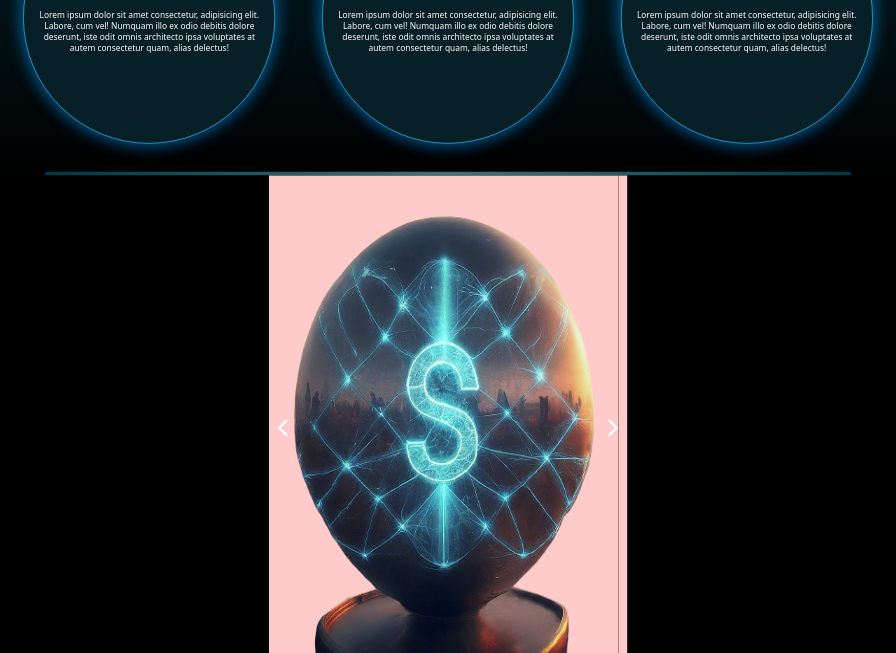
Repository: TMuse333/q3-desings2
Page: /
An editor plug-in stored every save of this project. The page is shown before and after the next save, followed by the edit.
The browser window is 1280 px wide. The pictures show the part of the page from y = 2216 to 4136 px (the page is 3149 px tall before and 4149 px after), at 70% of full size.
The project was rebuilt for these pictures with package versions that can differ from the ones it lists, and the page was loaded fresh each time. Also part of the build but not shown: vite.config.ts.

Above is the page before, as saved 2024-05-11 13:54:12.

### src/main.tsx
import React from 'react'
import ReactDOM from 'react-dom/client'
import App from './App.js'
import './index.css'
import {ContextProvider} from './context/context'

ReactDOM.createRoot(document.getElementById('root')!).render(
  <ContextProvider>
  <React.StrictMode>
    <App />
  </React.StrictMode>
  </ContextProvider>,
)

### src/App.tsx


import './App.css'

import Homepage from './components/homepage/homepage'

function App() {


  return (
    <>
<Homepage/>
    </>
  )
}

export default App

### src/index.css
@tailwind base;
@tailwind components;
@tailwind utilities;

#root{
    background-color: black;
    height:100vh;
}

body{
    background-color: black;
}

button{
    padding:0.5rem 2rem;
    background-color: black;
    color:white;
    border-radius: 1rem;
}

h1{
    color:white;
    font-size: 2rem;
}

p{
    color:white;
    /* font-size: 1.5rem; */
}

button{
    background-color: #00769e;
}

.glow {
    box-shadow: 0 0 20px 5px #3e7384;
    box-shadow: 0 0 20px 5px #003647;
box-shadow: 0 0 20px 5px rgba(2, 148, 245, 0.5);
}

.glow:hover{
    box-shadow: 0 0 40px 5px rgba(2, 148, 245, 0.5);
}

### src/context/context.tsx
import React, { createContext, useState, useContext, ReactNode, useEffect } from 'react';

// Define the type for the context value
interface GeneralContextType {
  textYPosition: number;
  setTextYPosition: React.Dispatch<React.SetStateAction<number>>;
  isMobile: boolean;
  setIsMobile: React.Dispatch<React.SetStateAction<boolean>>;
  setSecondCircleComplete:React.Dispatch<React.SetStateAction<boolean[]>>;
  secondCircleComplete: boolean[];
  isMobile2: boolean;
  setIsMobile2: React.Dispatch<React.SetStateAction<boolean>>;
  handleCircleComplete: (index: number, value: boolean) => void;
}

// Create the context
export const GeneralContext = createContext<GeneralContextType | undefined>(undefined);

// Create a provider component
export const ContextProvider: React.FC<{ children: ReactNode }> = ({ children }) => {
  // Initialize the value state
  const [textYPosition, setTextYPosition] = useState<number>(0);

  // Detect mobile devices
  const [isMobile, setIsMobile] = useState<boolean>(window.innerWidth <= 655);

  const [isMobile2, setIsMobile2] = useState<boolean>(window.innerWidth <= 655);

  const [secondCircleComplete, setSecondCircleComplete] = useState<boolean[]>(
    Array.from({ length: 7 }, () => false)
  );

  const handleCircleComplete = (index: number, value: boolean) => {
    setSecondCircleComplete((prev) => {
      const newState = [...prev]; // Create a copy of the previous state array
      newState[index] = value; // Update the value at the specified index
      return newState; // Return the new state array
    });
  };



  useEffect(() => {
    const handleScroll = () => {
      setIsMobile(window.innerWidth <= 655);
    };
    window.addEventListener('scroll', handleScroll);
    handleScroll();

    return () => {
      window.removeEventListener('scroll', handleScroll);
    };
  }, []);

  useEffect(() => {
    const handleScroll = () => {
      setIsMobile2(window.innerWidth <= 400);
    };
    window.addEventListener('scroll', handleScroll);
    handleScroll();

    return () => {
      window.removeEventListener('scroll', handleScroll);
    };
  }, []);

  useEffect(() => {
    console.log('is mobile', isMobile);
  }, [isMobile]);

  const contextValue = {
    textYPosition,
    setTextYPosition,
    isMobile,
    setIsMobile,
    secondCircleComplete,
    setSecondCircleComplete,
    isMobile2,
    setIsMobile2,
    handleCircleComplete
  };

  return <GeneralContext.Provider value={contextValue}>{children}</GeneralContext.Provider>;
};

export const useGeneralContext = (): GeneralContextType => {
  const context = useContext(GeneralContext);
  if (!context) {
    throw new Error('useGeneralContext must be used within a ContextProvider');
  }
  return context;
};

### src/App.css
#root {
  max-width: 1280px;
  margin: 0 auto;
  padding: 2rem;
  text-align: center;
}

.logo {
  height: 6em;
  padding: 1.5em;
  will-change: filter;
  transition: filter 300ms;
}
.logo:hover {
  filter: drop-shadow(0 0 2em #646cffaa);
}
.logo.react:hover {
  filter: drop-shadow(0 0 2em #61dafbaa);
}

.h1{
  color:red;
}

@keyframes logo-spin {
  from {
    transform: rotate(0deg);
  }
  to {
    transform: rotate(360deg);
  }
}

@media (prefers-reduced-motion: no-preference) {
  a:nth-of-type(2) .logo {
    animation: logo-spin infinite 20s linear;
  }
}

.card {
  padding: 2em;
}

.read-the-docs {
  color: #888;
}

### src/components/homepage/homepage.tsx
import React from "react";
import { CircleInfoGraphic } from "../circleInfographic/circleInfoGraphic";
import Content from "../content/content";
import q3 from '../../media/q3-visuals-logo-2.png'
import TextFormat from "../textFormat/textFormat";

// import { TextParallaxContentExample } from "../parallaxText/parallaxText";
import MultiLayerParallax from "../mountainParallax/mountainParallax";
import ParticlesComponent from "../particles/particles";
import nobgLaptop from '../../media/Gemini_Generated_Image_r055a1r055a1r055-removebg-preview.png'
import moneyBall from '../../media/futuristic-money-ball-removebg-preview.png'
import { description1 } from "../../data/data";
import AlternatingText from "../alternatingText/alternatingText";

import CircleList from "../circleListElement/circleList";
import Carousel from "../carousel/carousel";


const Homepage: React.FC = () => {

    const images = [
        moneyBall,
        nobgLaptop,
        q3
    ]


    // useEffect(() => {
    //     const loadTime = window.performance.timing.loadEventEnd - window.performance.timing.navigationStart;
    //     console.log('Page load time:', loadTime, 'milliseconds');
    // }, []);



    return (
        <section className="absolute top-0 left-0 w-screen">


            {/* <ParticlesComponent/> */}
            <MultiLayerParallax/>

            {/* <TextParallaxContentExample/> */}

            {/* <Content
            mainTitle='Your digital presence is important'
            image={nobgLaptop}
            customText={null}
            reverse={true}
            description={description1}
            floatingImage={true}
            hasAnimation={true}
            />

            <AlternatingText/>

            <Content
            mainTitle='Benefits of a website'
            image={moneyBall}
            customText={<TextFormat
            isAnimated={true}
            reverse={false}/>}
            reverse={false}
            description={null}
            floatingImage={true}
            hasAnimation={true}

            /> */}



<div className="relative bg-gradient-to-b from-[#043747] via-[#032029] to-transparent w-screen">
<CircleList/>
</div>

<div className="relative bg-gradient-to-b from-[#043747] via-[#032029] to-transparent w-screen">

<CircleInfoGraphic/>
</div>

{/* <div className="max-w-lg mr-auto ml-auto"> */}
<Carousel images={images}

/>
{/* </div> */}



        </section>
    )
}


export default Homepage

### src/components/circleInfographic/circleInfoGraphic.tsx
import React, {useState,useRef } from "react";
import ball from '../../media/futuristic-money-ball-removebg-preview.png'
import { motion,Variants} from 'framer-motion'
import useIntersectionObserver from "../intersectionObserver/intersectionObserver";
interface CircleProps {
    image:string
}

const CircleElement: React.FC<CircleProps> = ({image}) => {

    const [inView, setInView] = useState<boolean>(false)

    const options = {
        root: null,
        rootMargin: '-25px',
        threshold: 1,
    };

    // Apply intersection observer hook to detect when the component is in view
    const componentRef = useIntersectionObserver(setInView, options);

    const circleVariants:Variants =  {
        initial:{
            opacity:0,
            y:-60
        },
        animate:{
            opacity:1,
            y:0
        }
    }

    return (
        <motion.section
        ref={componentRef}
        variants={circleVariants}
        initial='initial'
        animate={inView ? 'animate' : 'initial'}
         className={`mt-5 mb-5
        rounded-full bg-[#071f26] hover:bg-[#0e3a47]
        mr-auto ml-auto transition-all
        h-[95vw] w-[95vw] border border-[#2dc0eb]
        flex flex-col  shadow-xl max-w-[360px]
        max-h-[360px]
        sm:w-[48vw] sm:h-[48vw]
        lg:w-[32vw] lg:h-[32vw]
        ${inView ? 'glow' : ''}`}>

            <div className="mt-4">
            <img className="w-[35vw]
            max-w-[115px] max-h-[115px] h-[35vw]
            sm:w-[10vw] sm:h-[10vw] object-cover
            mr-auto ml-auto"
            src={image}
            />
            <h1 className="text-3xl sm:text-lm lg:text-lg ">Rounded element</h1>
            <p className=" ml-auto mr-auto text-sm sm:text-xs pr-5 pl-5 pt-2">Lorem ipsum dolor sit amet consectetur, adipisicing elit. Labore, cum vel! Numquam illo ex odio debitis dolore deserunt, iste odit omnis architecto ipsa voluptates at autem consectetur quam, alias delectus!</p>
            </div>
        </motion.section>
    )
}


export const CircleInfoGraphic = () => {

    return (
        <>
          <div className="mt-5
        w-[90vw] h-[5px]
         bg-gradient-to-r from-[#003647] via-[#3e7384] to-[#003647]
        ml-auto mr-auto rounded-[200rem]
        ">

       </div>
        <section className={`flex
         justify-center flex-col items-center
          sm:grid sm:grid-cols-2 lg:grid-cols-3
           gap-4 lg:gap-0 w-screen max-w-[1500px]  ml-auto mr-auto
          `}>
            <CircleElement
            image={ball}/>
             <CircleElement
            image={ball}/>
                  <CircleElement
            image={ball}/>
             <CircleElement
            image={ball}/>
             <CircleElement
            image={ball}/>
                  <CircleElement
            image={ball}/>
        </section>
        <div className="mt-5
        w-[90vw] h-[5px]
         bg-gradient-to-r from-[#003647] via-[#3e7384] to-[#003647]
        ml-auto mr-auto rounded-[200rem]">

       </div>
       </>
    )
}

### src/components/mountainParallax/mountainParallax.tsx
import  { useRef } from "react";
import bottom from '../../media/bottom-mountain.png'

import full from '../../media/no-bg-mountain.png'
import q3 from '../../media/q3-words.png'
import { motion, useScroll, useTransform } from 'framer-motion'

export default function MultiLayerParallax() {
    const ref = useRef(null);
    const { scrollYProgress } = useScroll({
      target: ref,
      offset: ["start start", "end start"],
    });
    const backgroundY = useTransform(scrollYProgress, [0, 1], ["0%", "100%"]);
    const textY = useTransform(scrollYProgress, [0, 1], ["-20%", "200%"]);

    return (
      <div
        ref={ref}
        className="w-full h-screen overflow-hidden relative grid place-items-center"
      >
       {/* <motion.div className="z-10 relative"
         style={{ y: textY }}> */}
        <motion.img
style={{
    y:textY
}}
        src={q3}
          className="relative z-10 b"
        />
        {/* <motion.h1 className="relative z-10"
        style={{
            y:textY
        }}>
            slatry
        </motion.h1> */}


        <motion.p style={{
             y:textY
        }}
         className="text-white text-2xl relative z-10  mt-[-30rem] sm:-mt-[40rem]">Elevating Brands with discipline and creativity
         </motion.p>
         {/* </motion.div> */}


        <motion.div
          className="absolute inset-0 z-0"
          style={{
            backgroundImage: `url(${full})`,
            backgroundPosition: "bottom",
            backgroundSize: "cover",
            y: backgroundY,
          }}
        />
        <div
          className="absolute inset-0 z-20"
          style={{
            backgroundImage: `url(${bottom})`,
            backgroundPosition: "bottom",
            backgroundSize: "cover",
          }}
        />
      </div>
    );
  }

### src/components/circleListElement/circleList.tsx
import React, {useState} from "react";
import AppearingCircle from "../circleContent/appearingCircle";
import ball from '../../media/futuristic-money-ball-removebg-preview.png'
import {motion, Variants} from 'framer-motion'
import { useGeneralContext } from "../../context/context";
import laptop from '../../media/Gemini_Generated_Image_r055a1r055a1r055-removebg-preview.png'
import useIntersectionObserver from "../intersectionObserver/intersectionObserver";

interface CircleProps {
    image:string,
    title: string,
    description:string

    index:number
secondCircleComplete: boolean,
handleCircleComplete: (index: number, value: boolean) => void;
}

const CircleListElement: React.FC<CircleProps> = ({image,title, description,
    handleCircleComplete,secondCircleComplete,index
}) => {

    const [descriptionClicked, setDescriptionClicked] = useState<boolean>(false)

    function handleDescriptionClick() {
        setDescriptionClicked(!descriptionClicked)
    }





    const { isMobile }  = useGeneralContext()

    const headerVariants: Variants = {
        initial:{
            opacity:0,
            y: isMobile ? -20 : 0,
        },
        animate:{
            opacity:1,
            y:0,
            transition:{
                delay: 0.3
            }
        }

    }




    return (
        <div className=" relative flex glow justify-center  md:h-[220px]
        h-[220px] sm:h-[auto]
        md:flex-row w-[calc(100vw-5px)]  md:w-[40vw] sm2:w-[40vw] items-center sm:items-start mb-10 md:mt-3 bg-[#011f29]
        rounded-3xl max-w-[490px] ml-auto mr-auto border border-q-blue">
<AppearingCircle
secondCircleComplete={secondCircleComplete}
handleCircleComplete={handleCircleComplete}
image={image}
index={index}


/>
<section className="relative text-left pr-0 flex flex-col bg-[#011f29] rounded-3xl
h-auto min-h-0 max-h-full   items-center z-1">
<motion.h1
onClick={handleDescriptionClick}
variants={headerVariants}
initial={'initial'}
animate={secondCircleComplete ? 'animate' : 'initial'}
 className="text-white text-xl w-[80px]  ml-auto mr-auto mt-5
 "
>{title}
 </motion.h1>

<p className={`rounded-lg text-left mt-3 pl-3 pr-3 bg-blue-600 transition-height ease-in duration-300 bg-blue-800 ${descriptionClicked ? ' h-[220px] w-[125px] overflow-scroll pt-5 border-2 border-rose-500' : 'h-0 w-[125px]  overflow-hidden pt-0'}`}>
  {description}
</p>
</section>

        </div>
    )
}



const CircleList: React.FC = () => {

    const {secondCircleComplete, handleCircleComplete}
    = useGeneralContext()

    return (
        <>
        <h1>We get it done</h1>
 <section className="relative
         sm2:grid sm2:grid-cols-2 gap-4 max-w-[1200px] ml-auto
         mr-auto justify-center items-center
">
            {/* <div className="-translate-x-5"> */}
            <CircleListElement
            handleCircleComplete={handleCircleComplete}
            secondCircleComplete={secondCircleComplete[0]}
        index={0}
            image={ball}
            title='Absolute Tenacity'
            description='Be a man of your word'
            />
            {/* </div> */}
            <CircleListElement
            secondCircleComplete={secondCircleComplete[1]}
            handleCircleComplete={handleCircleComplete}
            index={1}
            image={laptop}

            title='Extreme Discipline'
            description='Gym. Code. Quantum Realm. Repeat'
            />

            <CircleListElement
            secondCircleComplete={secondCircleComplete[2]}
            handleCircleComplete={handleCircleComplete}
            index={2}
            image={ball}
            title='Code over templates'
            description='We are not template using pussies we write banging code'
            />

            <CircleListElement
            secondCircleComplete={secondCircleComplete[3]}
            handleCircleComplete={handleCircleComplete}
            index={3}
            image={ball}
            title='Refusal to fail'
            description='Gym. Code. Quantum Realm. Repeat'
            />

<CircleListElement
secondCircleComplete={secondCircleComplete[4]}
handleCircleComplete={handleCircleComplete}
index={4}
            image={ball}
            title='Keeps in touch'
            description='We are not template using pussies we write banging code'
            />

            <CircleListElement
            secondCircleComplete={secondCircleComplete[5]}
            handleCircleComplete={handleCircleComplete}
            index={5}
            image={ball}
            title='Top Tier Design'
            description='Gym. Code. Quantum Realm. Repeat'
            />



        </section>
        </>
    )
}

export default CircleList

### src/components/carousel/carousel.tsx
import React, {useState} from 'react'
import { ChevronLeft, ChevronRight } from "react-feather";

interface CarouselProps {
    images:string[]
}


const Carousel:React.FC<CarouselProps> = ({images}) =>{

    const [imageIndex, setImageIndex] = useState<number>(0)

    const handleNext = () => {
        setImageIndex((prevIndex) => (prevIndex + 1) % images.length);
      };

      const handlePrev = () => {
        setImageIndex((prevIndex) => (prevIndex - 1 + images.length) % images.length);
      };

    return (
      <div className="max-w-lg mr-auto ml-auto">
        <section className='overflow-hidden relative  '>

            <div className='flex  relative '>
                {images.map((image,index) => (
                    <img src={image}
                    key={index}
                    className='transition-transform bg-red-200
                    '
                    style={{
                        transform:`translateX(-${imageIndex * 100}%)`
                    }}
                    />
                ))}
                    <div className=' w-[100%]
                    flex flex-row justify-between
                    top-[50%]'>



                <button className='bg-transparent absolute
                left-[0%] top-[50%] p-0'>
                    <ChevronLeft
                    onClick={handlePrev}
                    size={40}/>
                </button>

                <button className='bg-transparent absolute
                right-[0%] top-[50%] p-0'>
                 <ChevronRight
                 onClick={handleNext}
                 size={40}/>
                </button>
            </div>
            </div>



        </section>
        </div>
    )
}

export default Carousel

### src/components/intersectionObserver/intersectionObserver.tsx
import { useEffect, useRef, Dispatch, SetStateAction } from "react";

interface IntersectionObserverOptions {
  root: Element | null;
  rootMargin?: string;
  threshold?: number | number[];
}

const useIntersectionObserver = (
  setInView: Dispatch<SetStateAction<boolean>>,
  options: IntersectionObserverOptions
) => {
  const componentRef = useRef<HTMLDivElement>(null);

  useEffect(() => {
    const observer = new IntersectionObserver(([entry]) => {
      // Update the state based on whether the component is in view
      if (entry.isIntersecting) {
        setInView(true);
        observer.disconnect();
      }
    }, options);

    if (componentRef.current) {
      observer.observe(componentRef.current);
    }

    return () => {
      if (componentRef.current) {
        observer.unobserve(componentRef.current);
      }
    };
  }, [setInView, options]);

  return componentRef;
};

export default useIntersectionObserver;

Loaded but not shown: index.html (common file); tailwind.config.js (21 lines, source omitted); src/components/circleContent/appearingCircle.tsx (297 lines, source omitted)

After the next save:
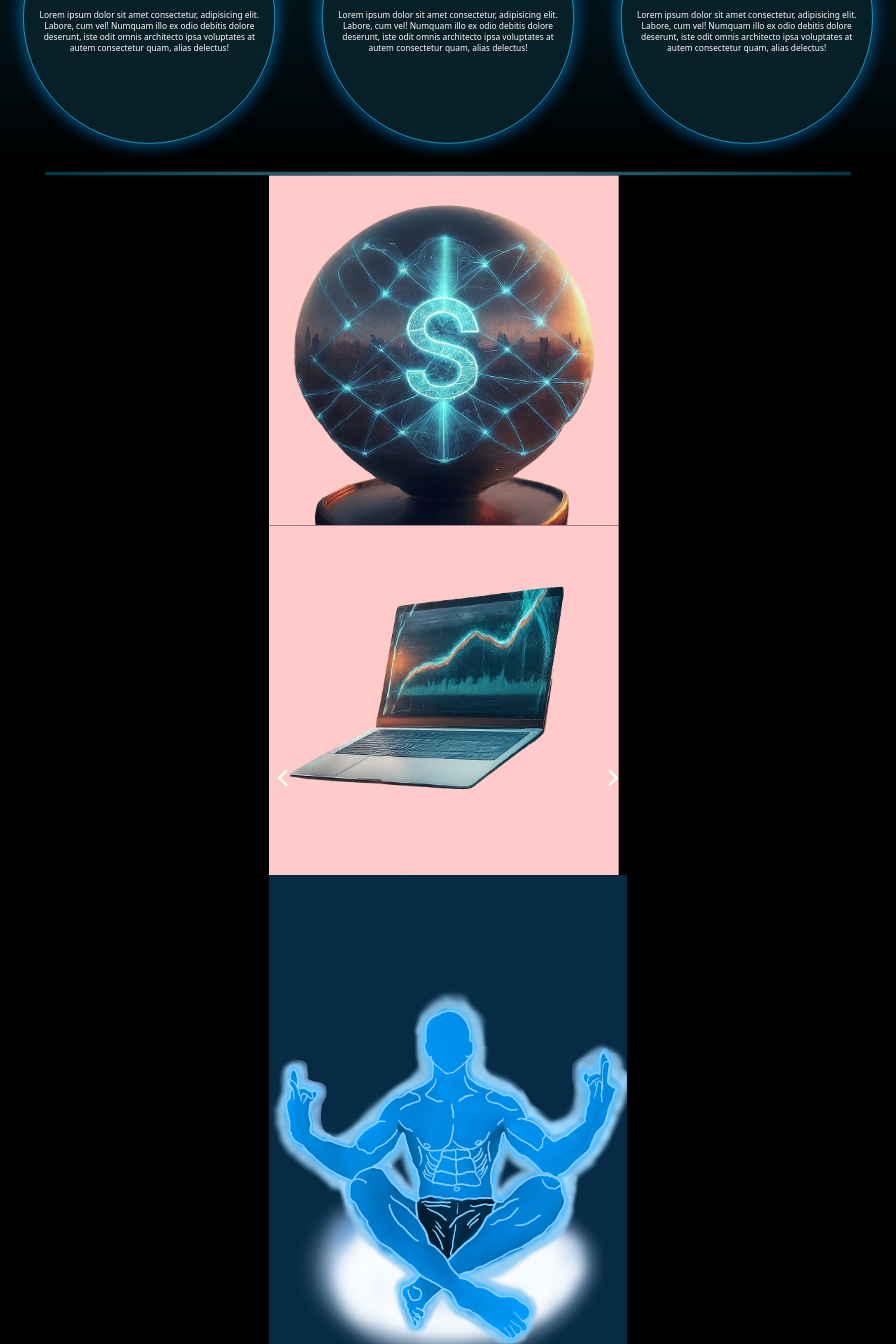
Saved 40 s later.
--- a/src/components/carousel/carousel.tsx
+++ b/src/components/carousel/carousel.tsx
@@ -22,7 +22,7 @@
       <div className="max-w-lg mr-auto ml-auto">
         <section className='overflow-hidden relative  '>
 
-            <div className='flex  relative '>
+            <div className=' '>
                 {images.map((image,index) => (
                     <img src={image}
                     key={index}

After the save that followed:
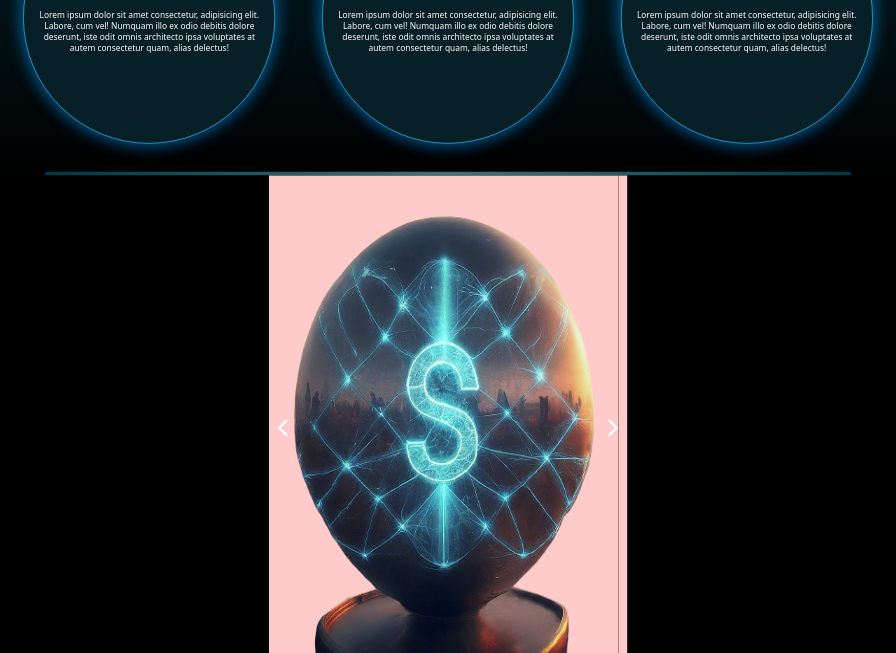
Saved 31 s later.
--- a/src/components/carousel/carousel.tsx
+++ b/src/components/carousel/carousel.tsx
@@ -22,7 +22,7 @@
       <div className="max-w-lg mr-auto ml-auto">
         <section className='overflow-hidden relative  '>
 
-            <div className=' '>
+            <div className='flex  relative '>
                 {images.map((image,index) => (
                     <img src={image}
                     key={index}
